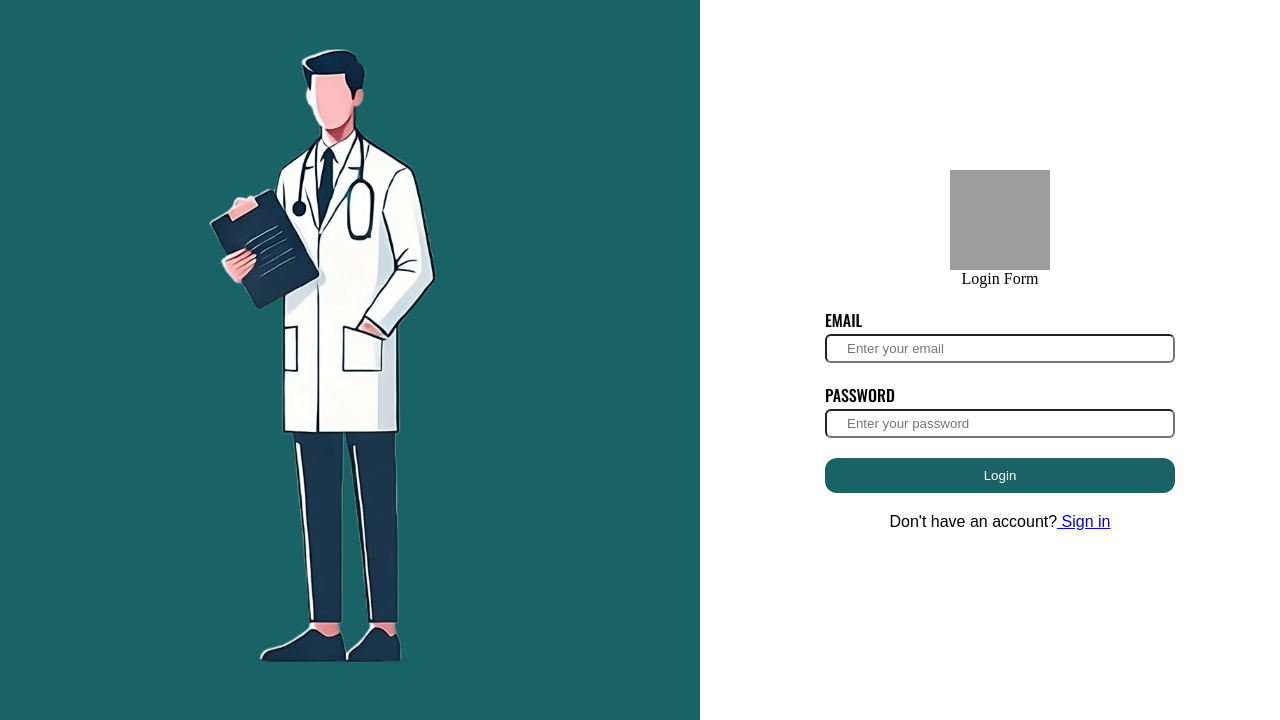
Repository: AriaFantom/Minor-Project
Page: http://localhost/Project/login.jsp
These files come from the project's save history. The page is drawn as it stood at one moment and after the next save; the edit follows.
The browser window is 1280 px wide. The pictures show the whole page.
Pictures or frames that could not be fetched are drawn as grey boxes. Some web fonts or font styles are not loaded; a fallback is used. The page is served by Tomcat 10.

Above is the page before, as saved 2024-12-01 14:00:59.

After the next save:
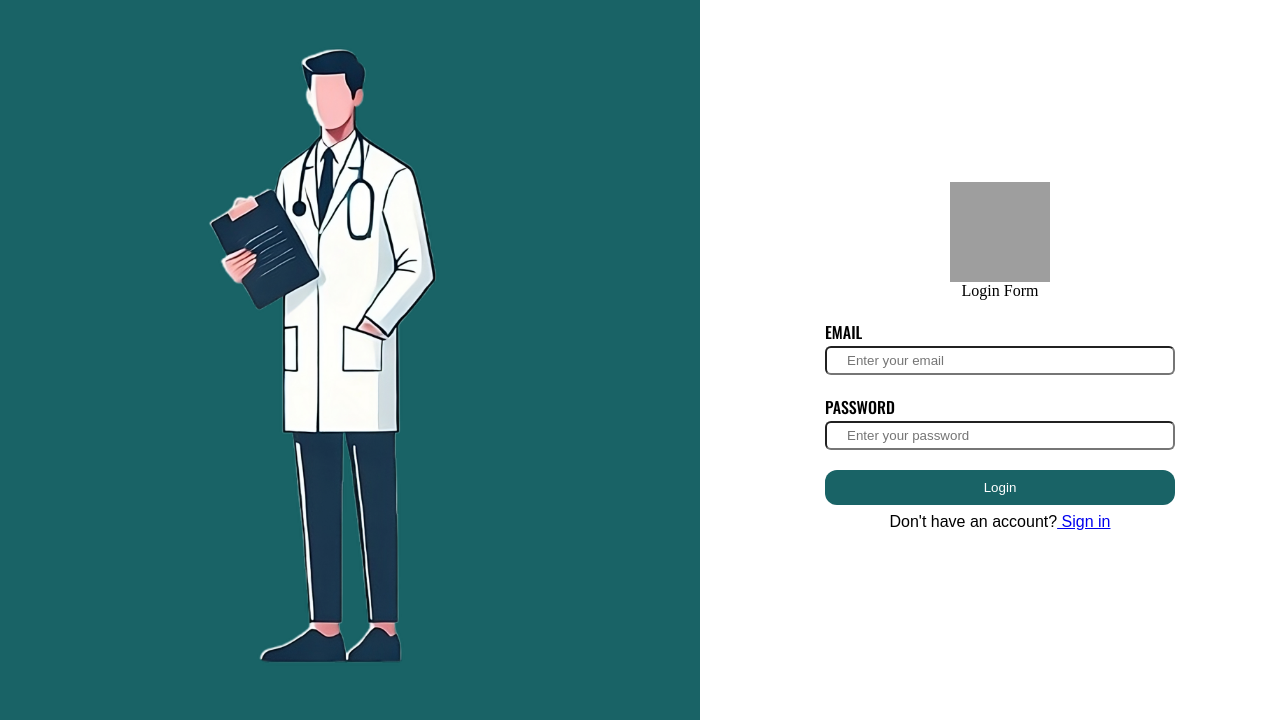
Saved 25 s later.
--- a/Project/src/main/webapp/css/register.css
+++ b/Project/src/main/webapp/css/register.css
@@ -26,7 +26,7 @@ main {
 
 .form-footer {
 	font-family: 'DM Serif Text', sans-serif;
-    margin: 20px 0;
+    margin: 8px 0;
 }
 
 main img {
